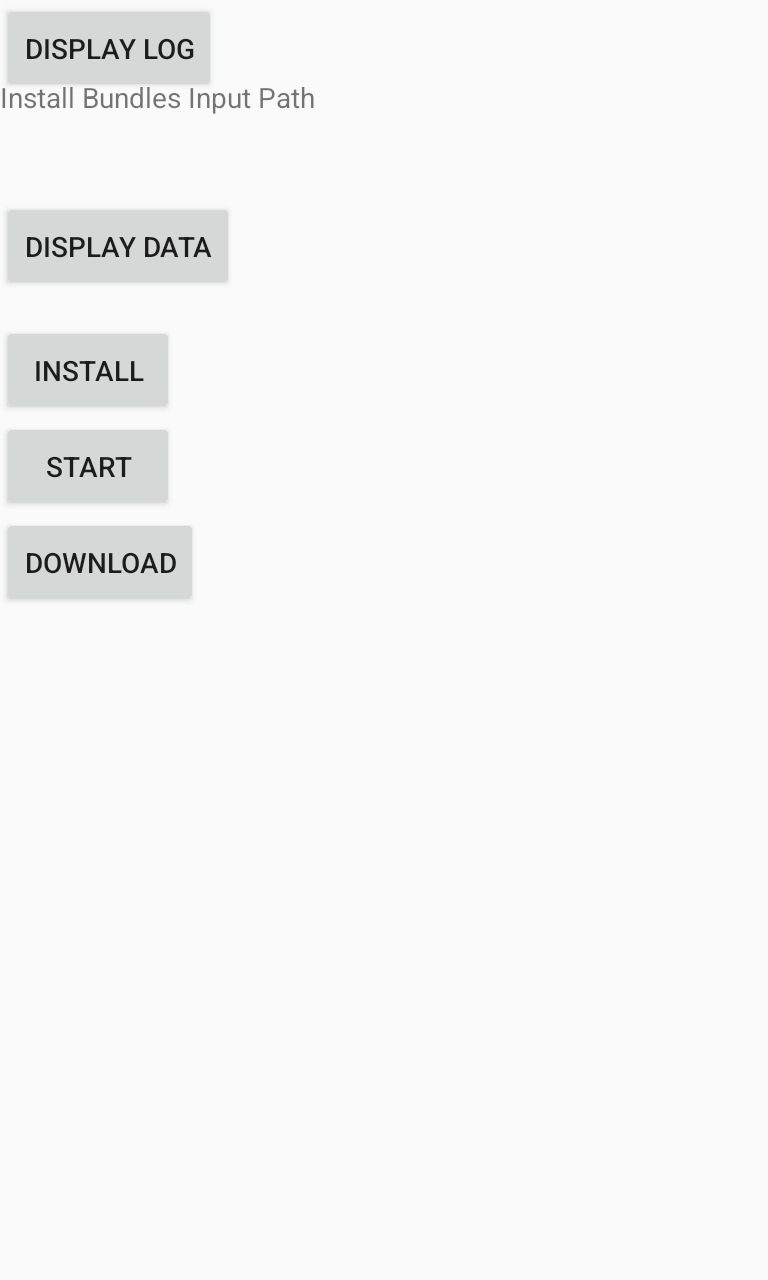
Repository: theodosiac/gyroscope_Rest_Android
Layout: HelloFelix/res/layout/activity_main.xml
An editor plug-in stored every save of this project. The layout is shown before and after the next save, followed by the edit.
It is drawn on a 768 x 1280 px phone screen (xhdpi) without system bars, with theme AppTheme; the app's code is not run.

Above is the layout before, as saved 2015-03-24 18:05:29.

### HelloFelix/res/layout/activity_main.xml
<RelativeLayout xmlns:android="http://schemas.android.com/apk/res/android"
    xmlns:tools="http://schemas.android.com/tools"
    android:id="@+id/RelativeLayout1"
    android:layout_width="match_parent"
    android:layout_height="match_parent"
    android:orientation="vertical"
    tools:context=".MainActivity" >

    <TextView
        android:id="@+id/text_view"
        android:layout_width="wrap_content"
        android:layout_height="wrap_content"
        android:layout_alignParentLeft="true"
        android:layout_alignParentTop="true"
        android:layout_marginLeft="14dp"
        android:layout_marginTop="20dp"
        android:text="Log.." />

    <TextView
        android:id="@+id/textView1"
        android:layout_width="wrap_content"
        android:layout_height="wrap_content"
        android:layout_alignParentLeft="true"
        android:layout_below="@+id/text_view"
        android:text="Install Bundles Input Path" />
    <Button
        android:id="@+id/button1"
        android:layout_width="wrap_content"
        android:layout_height="wrap_content"
        android:layout_alignParentLeft="true"
        android:layout_below="@+id/textView1"
        android:layout_marginTop="41dp"
        android:onClick="displayData"
        android:text="@string/button_displayData" />

    <Button
        android:id="@+id/button2"
        android:layout_width="wrap_content"
        android:layout_height="wrap_content"
        android:layout_alignParentLeft="true"
        android:layout_below="@+id/button1"
        android:layout_marginTop="14dp"
        android:onClick="InstallBundles"
        android:text="@string/installBundles" />

    <Button
        android:id="@+id/button4"
        android:layout_width="wrap_content"
        android:layout_height="wrap_content"
        android:layout_alignParentLeft="true"
        android:layout_below="@+id/button2"
        android:onClick="StartBundles"
        android:text="Start" />

    <Button
        android:id="@+id/button5"
        android:layout_width="wrap_content"
        android:layout_height="wrap_content"
        android:layout_alignParentLeft="true"
        android:layout_below="@+id/button4"
        android:onClick="DownloadBundle"
        android:text="Download" />

    <Button
        android:id="@+id/button3"
        android:layout_width="wrap_content"
        android:layout_height="wrap_content"
        android:layout_alignParentLeft="true"
        android:layout_marginBottom="40dp"
        android:onClick="displayLog"
        android:text="@string/button_displayLog" />

</RelativeLayout>

### HelloFelix/res/values/strings.xml
<?xml version="1.0" encoding="utf-8"?>
<resources>

    <string name="app_name" translatable="false">HelloFelix</string>
    <string name="hello_world" translatable="false">Hello world!</string>
    <string name="action_settings" translatable="false">Settings</string>

	<string name="button_displayLog">Display Log</string>
	<string name="button_displayData">Display Data</string>
	<string name="installBundles">Install</string>


	<string name="text_view">TextView</string>


</resources>

Loaded but not shown: HelloFelix/res/values/styles.xml (common file); HelloFelix/res/values-v11/styles.xml (common file); HelloFelix/res/values-v14/styles.xml (common file)

After the next save:
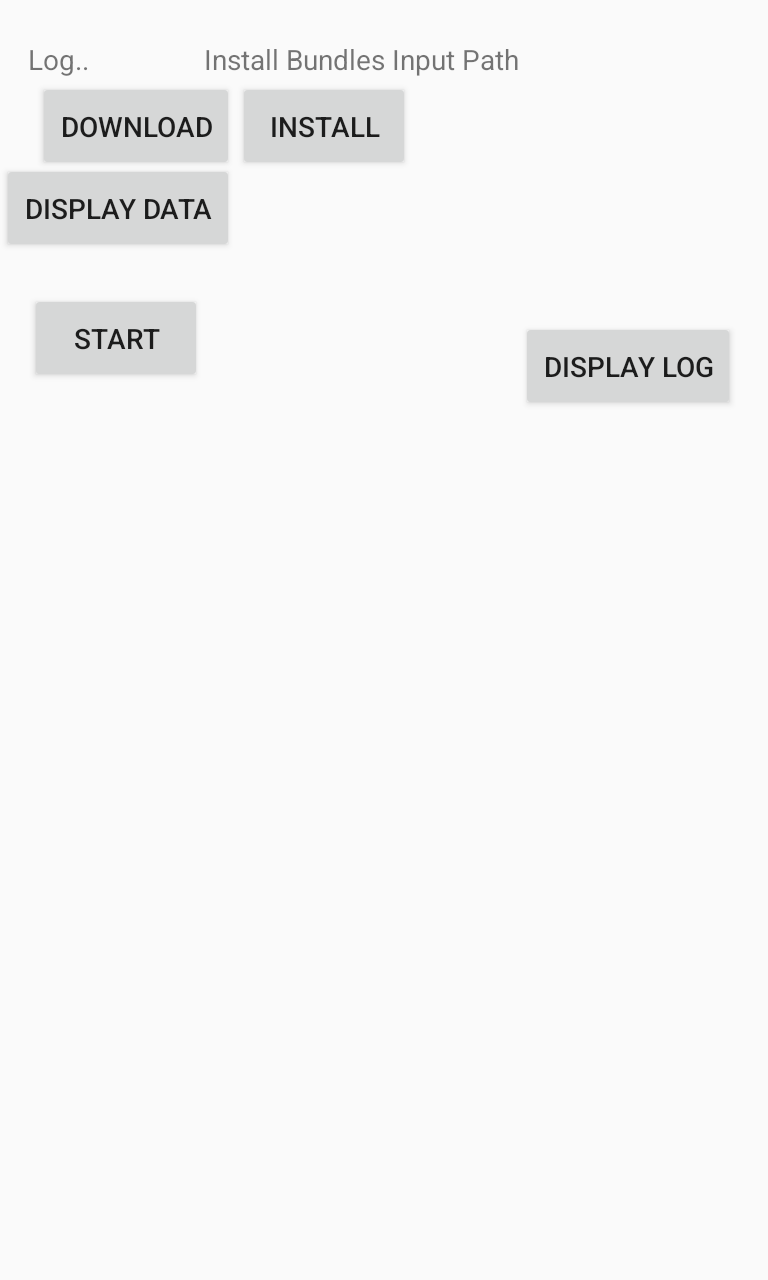
Saved 23 h 53 min later.
--- a/HelloFelix/res/layout/activity_main.xml
+++ b/HelloFelix/res/layout/activity_main.xml
@@ -12,17 +12,10 @@
         android:layout_height="wrap_content"
         android:layout_alignParentLeft="true"
         android:layout_alignParentTop="true"
+        android:layout_below="@string/button_displayData"
         android:layout_marginLeft="14dp"
         android:layout_marginTop="20dp"
         android:text="Log.." />
-
-    <TextView
-        android:id="@+id/textView1"
-        android:layout_width="wrap_content"
-        android:layout_height="wrap_content"
-        android:layout_alignParentLeft="true"
-        android:layout_below="@+id/text_view"
-        android:text="Install Bundles Input Path" />
     <Button
         android:id="@+id/button1"
         android:layout_width="wrap_content"
@@ -34,40 +27,50 @@
         android:text="@string/button_displayData" />
 
     <Button
-        android:id="@+id/button2"
+        android:id="@+id/button5"
         android:layout_width="wrap_content"
         android:layout_height="wrap_content"
-        android:layout_alignParentLeft="true"
-        android:layout_below="@+id/button1"
-        android:layout_marginTop="14dp"
-        android:onClick="InstallBundles"
-        android:text="@string/installBundles" />
+        android:layout_alignRight="@+id/button1"
+        android:layout_below="@+id/text_view"
+        android:onClick="DownloadBundle"
+        android:text="Download" />
 
     <Button
         android:id="@+id/button4"
         android:layout_width="wrap_content"
         android:layout_height="wrap_content"
-        android:layout_alignParentLeft="true"
+        android:layout_alignLeft="@+id/text_view"
         android:layout_below="@+id/button2"
+        android:layout_marginTop="58dp"
         android:onClick="StartBundles"
         android:text="Start" />
 
     <Button
-        android:id="@+id/button5"
+        android:id="@+id/button2"
         android:layout_width="wrap_content"
         android:layout_height="wrap_content"
-        android:layout_alignParentLeft="true"
-        android:layout_below="@+id/button4"
-        android:onClick="DownloadBundle"
-        android:text="Download" />
+        android:layout_below="@+id/textView1"
+        android:layout_toRightOf="@+id/button1"
+        android:onClick="InstallBundles"
+        android:text="@string/installBundles" />
 
     <Button
         android:id="@+id/button3"
         android:layout_width="wrap_content"
         android:layout_height="wrap_content"
-        android:layout_alignParentLeft="true"
-        android:layout_marginBottom="40dp"
+        android:layout_alignTop="@+id/button4"
+        android:layout_marginTop="14dp"
+        android:layout_toRightOf="@+id/textView1"
         android:onClick="displayLog"
         android:text="@string/button_displayLog" />
 
+    <TextView
+        android:id="@+id/textView1"
+        android:layout_width="wrap_content"
+        android:layout_height="wrap_content"
+        android:layout_alignBaseline="@+id/text_view"
+        android:layout_alignBottom="@+id/text_view"
+        android:layout_toRightOf="@+id/button4"
+        android:text="Install Bundles Input Path" />
+
 </RelativeLayout>
